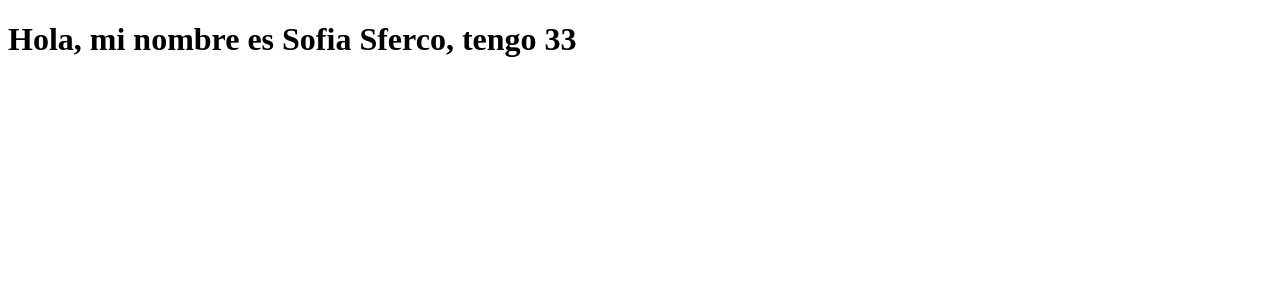
Repository: SofiaSferco/PWA-2026
Page: practico01/index.html
An editor plug-in stored every save of this project. The page is shown before and after a run of saves, followed by the edit.
The browser window is 1280 px wide. The pictures show the whole page.

Above is the page before, as saved 2026-09-10 00:09:30.

### practico01/index.html
<!DOCTYPE html>
<html lang="en">
<head>
    <meta charset="UTF-8">
    <title>Practico 01</title>
    <script src="https://cdn.jsdelivr.net/npm/vue/dist/vue.js"></script>
</head>
<body>
    <div id="app">
        <h1>Hola, mi nombre es {{nombre}}, tengo {{edad}}  </h1>
    </div>
    <script>
       var app= new Vue({
           el: '#app',
           data: {
               nombre: 'Sofia Sferco',
               edad: 33,
               ciudad: 'Viedma',
           }
       })
    </script>
</body>
</html>

After the next 3 saves:
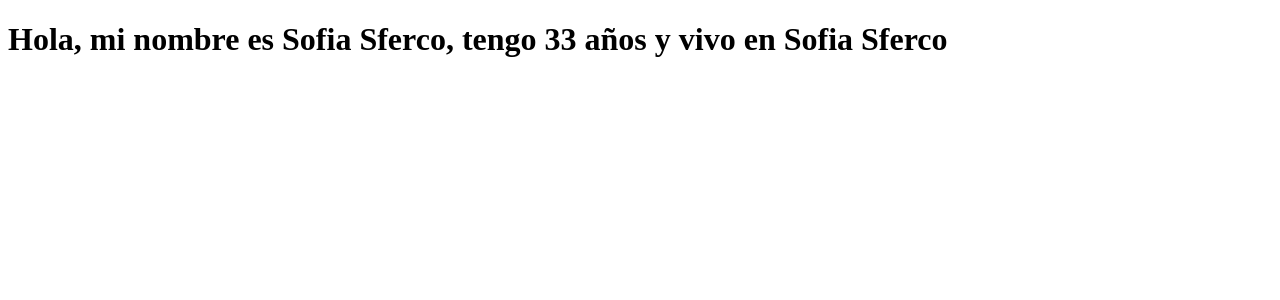
The 3 saves are shown as one change because they came seconds apart.
The last was saved 10 s later.
--- a/practico01/index.html
+++ b/practico01/index.html
@@ -7,7 +7,7 @@
 </head>
 <body>
     <div id="app">
-        <h1>Hola, mi nombre es {{nombre}}, tengo {{edad}}  </h1>
+        <h1>Hola, mi nombre es {{nombre}}, tengo {{edad}} años y vivo en {{nombre}}</h1>
     </div>
     <script>
        var app= new Vue({
